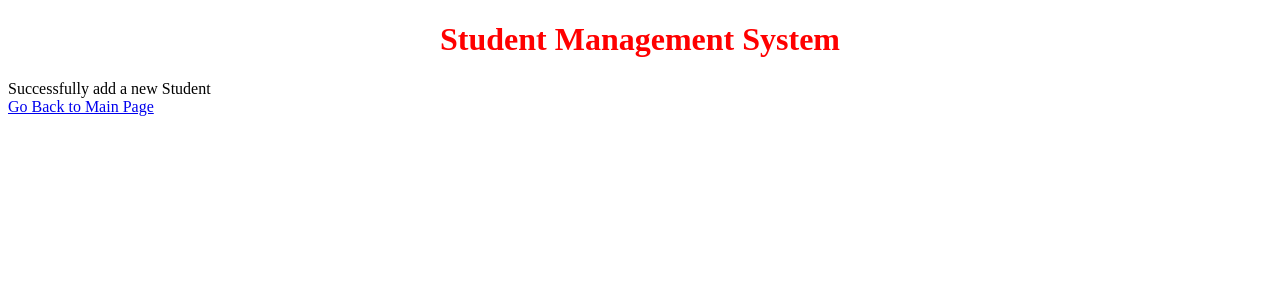
Repository: Aviligonda/Servlet_Programs
Page: http://localhost/StudentManagementSystem/addStudent.jsp
These files come from the project's save history. The page is drawn as it stood at one moment and after the next save; the edit follows.
The browser window is 1280 px wide. The pictures show the whole page.
The page is served by Tomcat 9.

Above is the page before, as saved 2024-11-25 12:51:27.

After the next save:
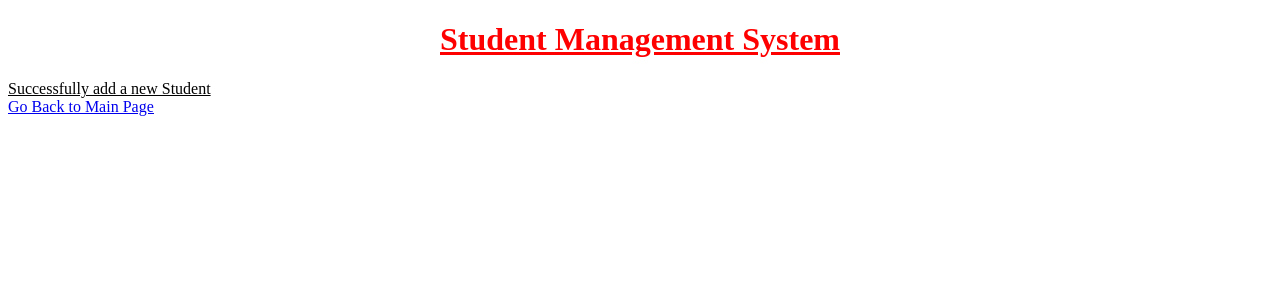
Saved 9 s later.
--- a/StudentManagementSystem/src/main/webapp/header.jsp
+++ b/StudentManagementSystem/src/main/webapp/header.jsp
@@ -8,7 +8,7 @@
 </head>
 <body>
 
-<h1 style="color:red;text-align:center "> <b>Student Management System</b></h1>
+<h1 style="color:red;text-align:center "> <u>Student Management System</b></h1>
 
 
 
